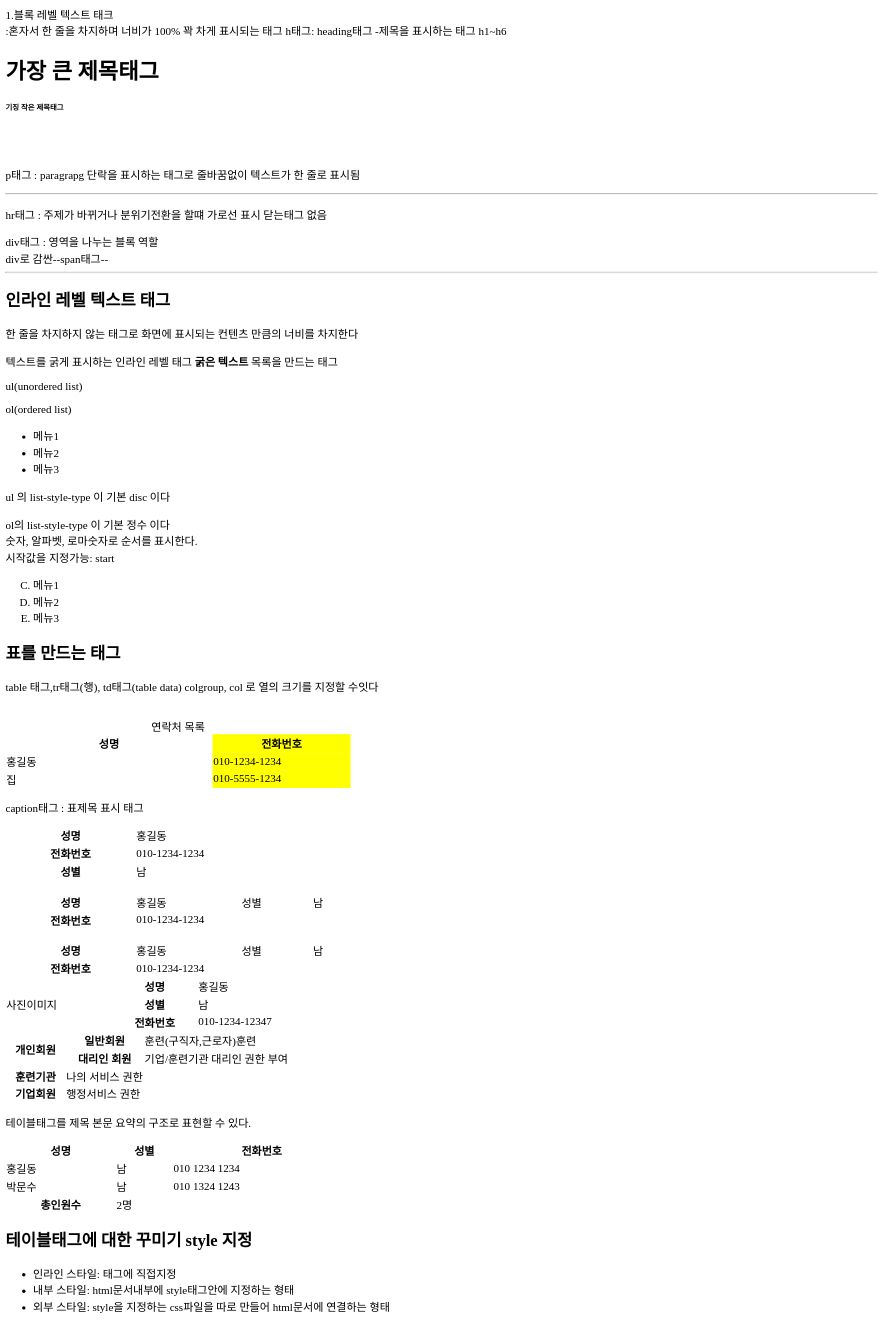
Repository: hana825/Web
Page: web/WebContent/index.html
The author's editor kept a copy of each file at every save. The page is drawn from the files as they stood at one save, then again after the next save.
The browser window is 1280 px wide. The pictures show the whole page, at 69% of full size.

Above is the page before, as saved 2022-03-17 08:02:48.

After the next save:
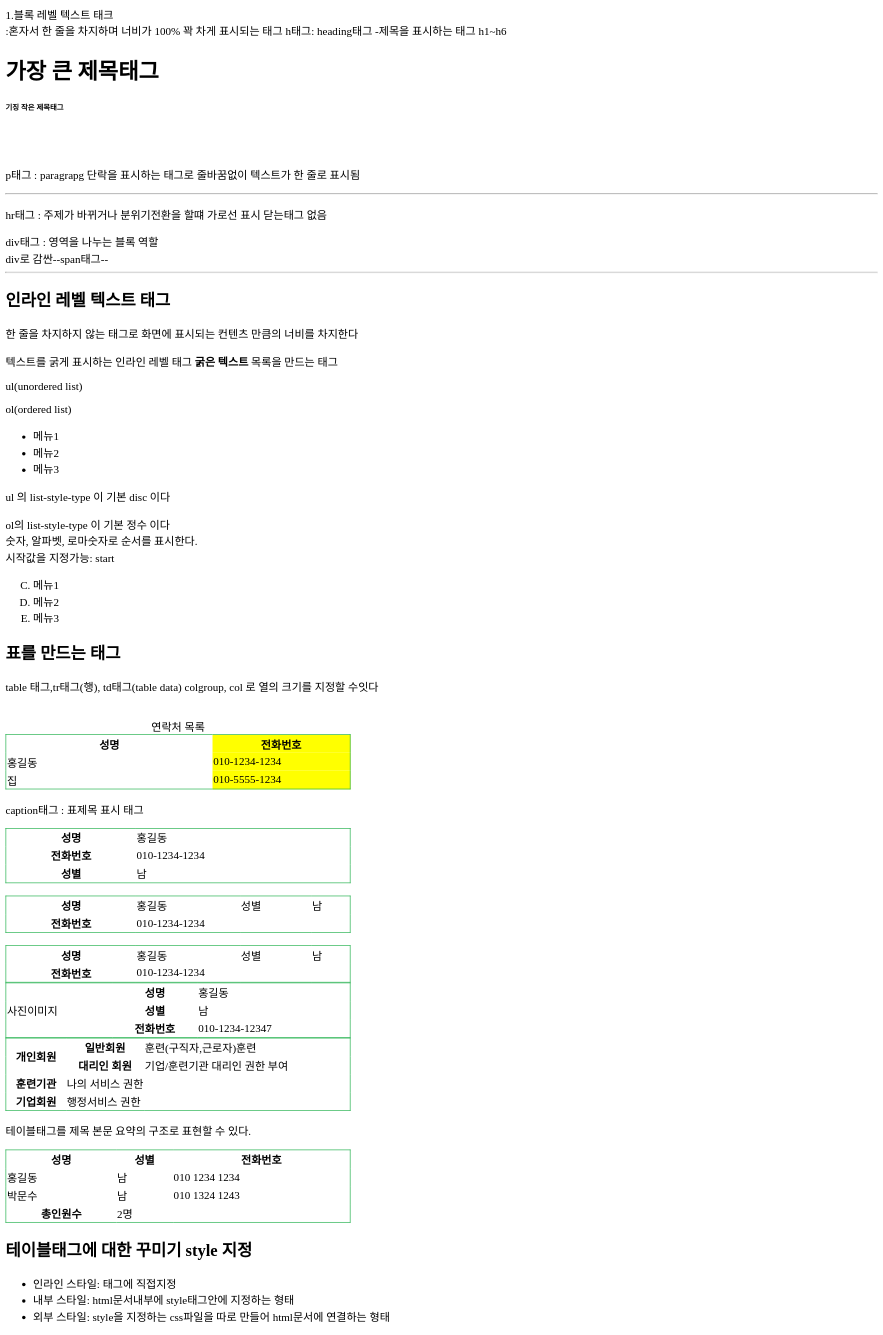
Saved 42 s later.
--- a/web/WebContent/index.html
+++ b/web/WebContent/index.html
@@ -7,7 +7,7 @@
 <style>
 table{width:500px;
 	  border-collapse: collapse;
-	  border: 1px solid 50, 168, 82;
+	  border: 1px solid #29b352;
 }
 </style>
 </head>
